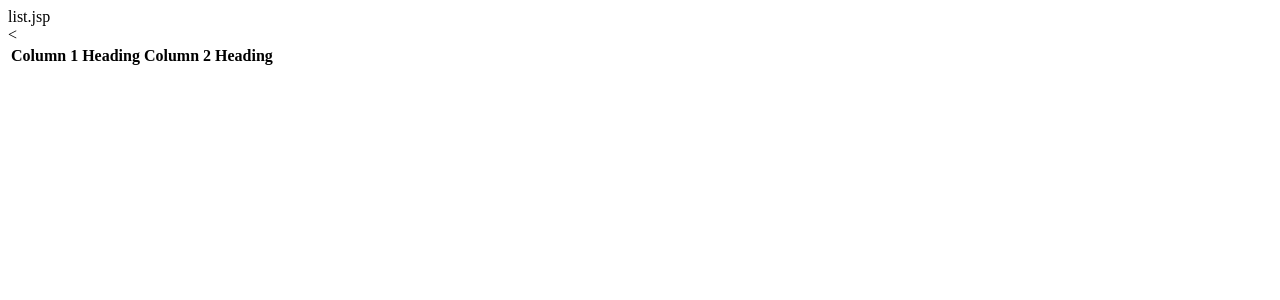
Repository: uj06134/Metabuild_JSP
Page: http://localhost/11_DB_Product/list.jsp
An editor plug-in stored every save of this project. The page is shown before and after the next save, followed by the edit.
The browser window is 1280 px wide. The pictures show the whole page.
The page is served by Tomcat 9.

Above is the page before, as saved 2025-09-17 05:17:35.

After the next save:
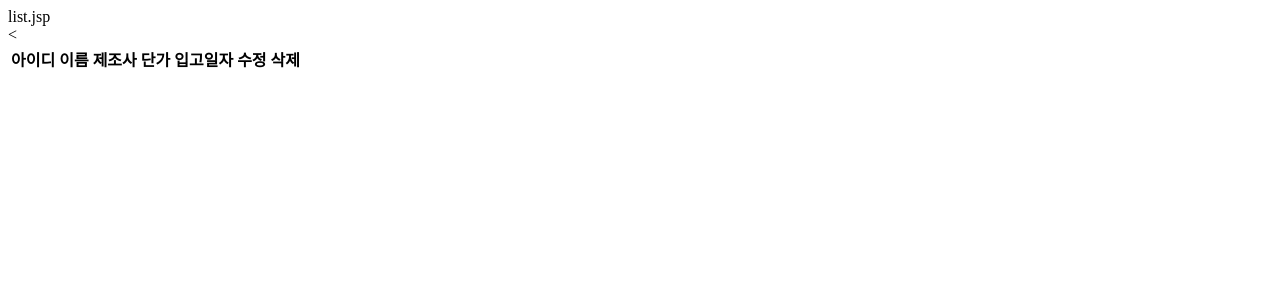
Saved 29 s later.
--- a/11_DB_Product/src/main/webapp/list.jsp
+++ b/11_DB_Product/src/main/webapp/list.jsp
@@ -4,7 +4,12 @@ list.jsp<br>
 
 <<table>
   <tr>
-    <th>Column 1 Heading</th>
-    <th>Column 2 Heading</th>
+    <th>아이디</th>
+    <th>이름</th>
+    <th>제조사</th>
+    <th>단가</th>
+    <th>입고일자</th>
+    <th>수정</th>
+    <th>삭제</th>
   </tr>
 </table>
